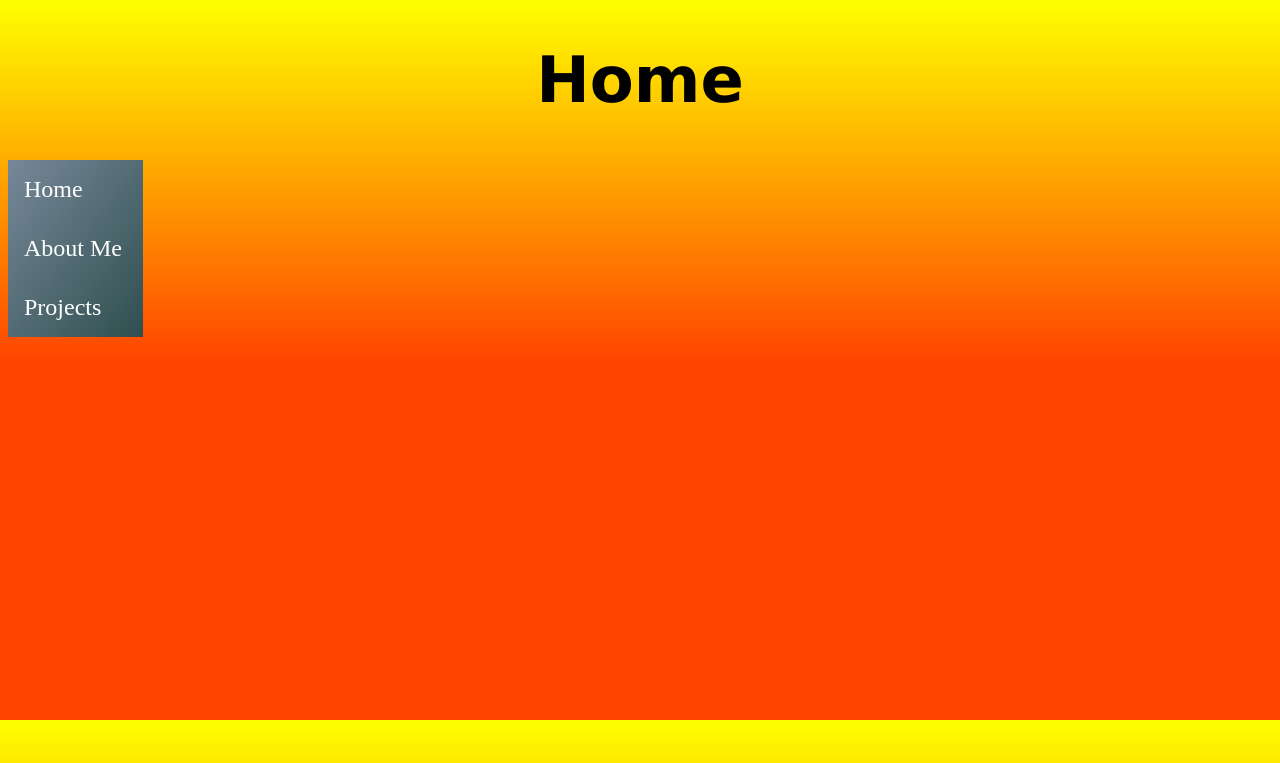
Repository: brody-toth/brody-toth.github.io
Page: project1.html
The author's editor kept a record of every edit. The page is drawn from the files as they stood at one moment, then again after the next edit.
The browser window is 1280 px wide. The pictures show the whole page.

Above is the page before.

### project1.html
<!DOCTYPE html>
<html>

  <head>
    <title>Project 1</title>
    <link rel="stylesheet" href="style.css" type="text/css">
  </head>

  <body>

    <h1 class="header">Home</h1>

    <ul class="navbar">
      <li><a href="home.html">Home</a></li>
      <li><a href="about-me.html">About Me</a></li>
      <li class = "dropdown">
        <div>Projects</div>
        <ul class="dropdown-content">
          <li class="active"><a href="project1.html">Project 1</a></li>
          <li><a href="project2.html">Project 2</a></li>
          <li><a href="project3.html">Project 3</a></li>
        </ul>
      </li>
    </ul>

  </body>

</html>

### style.css
html, body{
    height: 100%;
}

body{
    background-image: linear-gradient(to bottom, yellow, orangered 50%);
}

.navbar{
    list-style: none;
    background-image: linear-gradient(to bottom right, lightslategray, darkslategray);
    width: 135px;
    overflow: hidden;
    padding: 0;
}
.navbar a, .dropdown div{
    text-decoration: none;
    color: white;
    font-size: 24px;
    padding: 16px;
    display: inline-block;
}
.navbar div{
    width: 135px;
}
.navbar li:hover{
    background-color: slategray;
}
.dropdown-content{
    list-style: none;
    padding: 0;
    display: none;
    position: absolute;
    z-index: 2;
    background-image: linear-gradient(to bottom right, lightslategray, darkslategray);
}
.dropdown:hover .dropdown-content{
    display: block;
}
.active{
    background-image: linear-gradient(to right, gray, dimgray)
}

.header{
    text-align: center;
    font-family: "Lucida Sans Unicode", "Lucida Grande", sans-serif;
    font-size: 64px;
}

After the next edit:
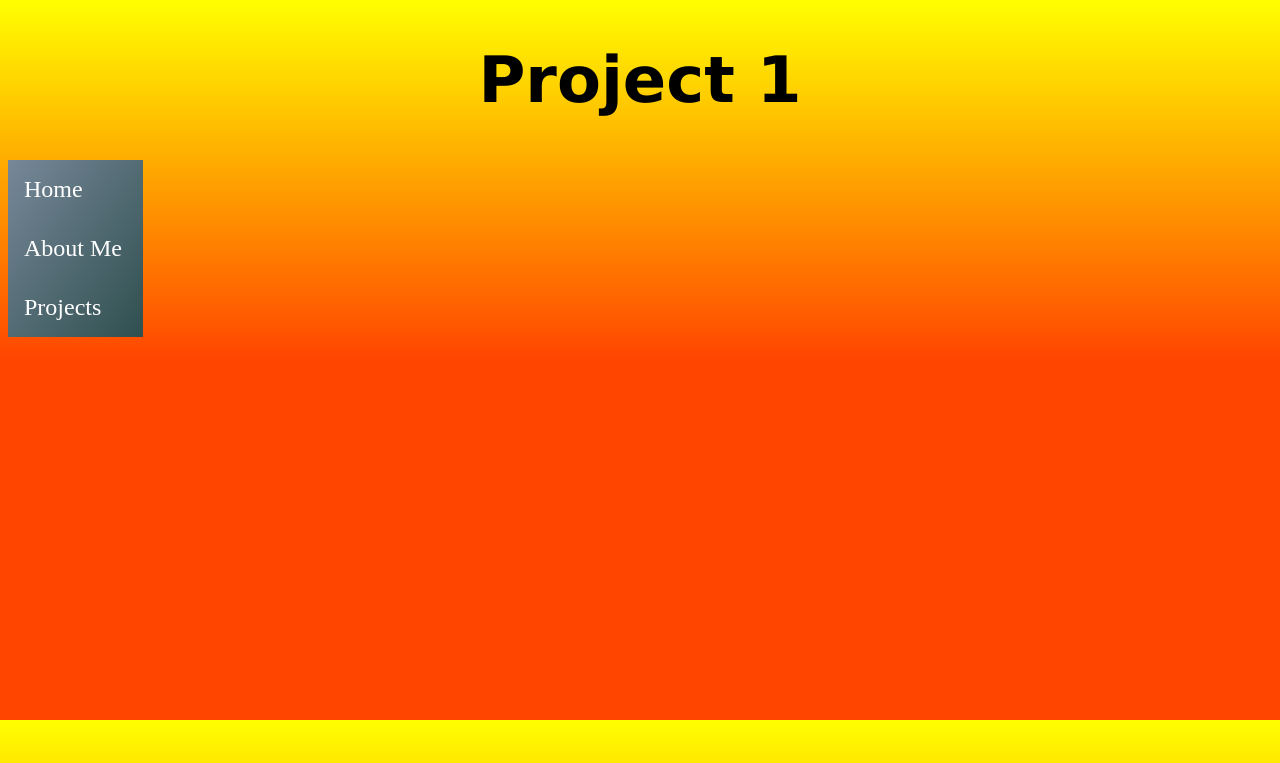
The edit:
--- a/project1.html
+++ b/project1.html
@@ -8,7 +8,7 @@
 
   <body>
 
-    <h1 class="header">Home</h1>
+    <h1 class="header">Project 1</h1>
 
     <ul class="navbar">
       <li><a href="home.html">Home</a></li>
